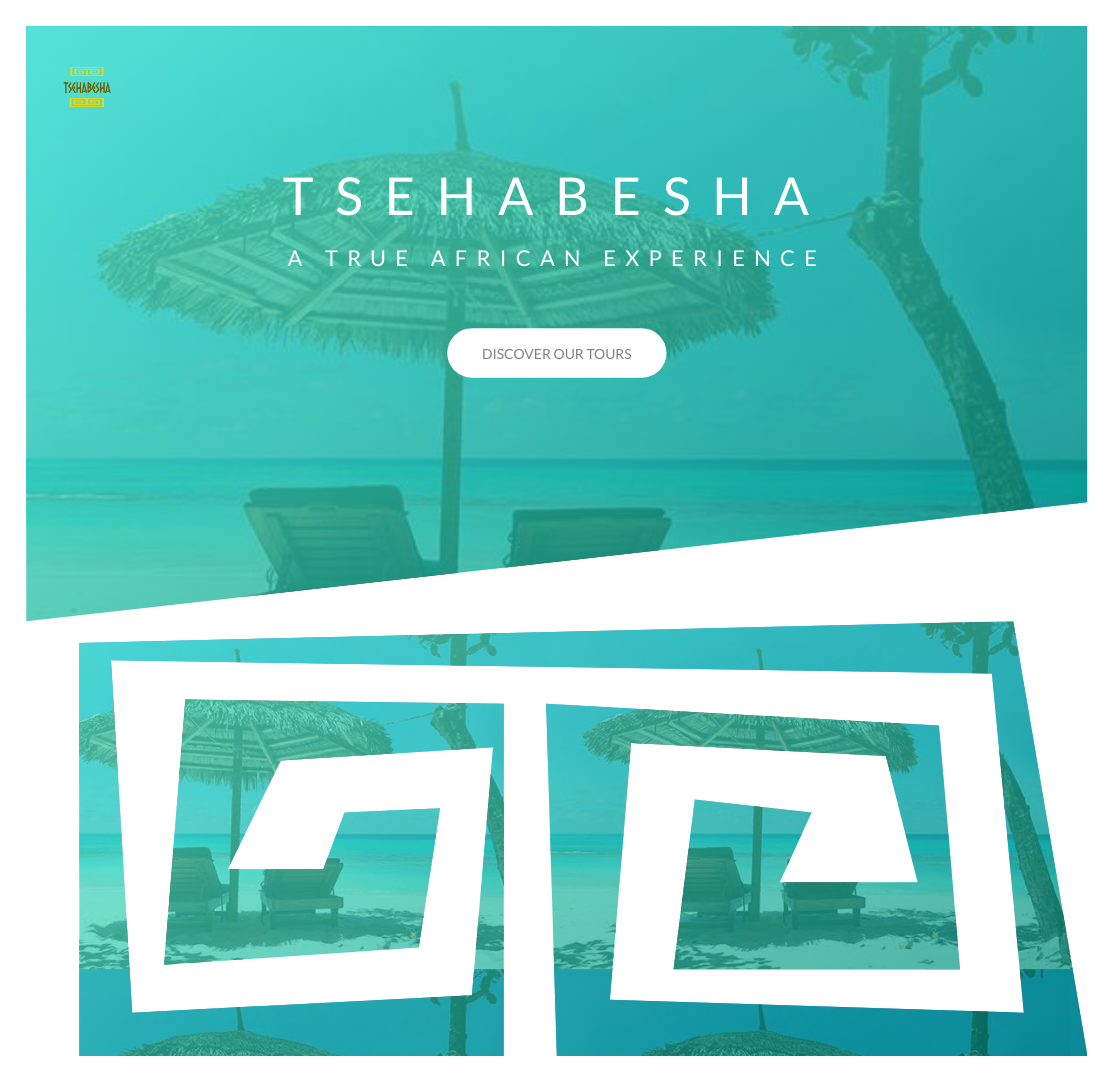
Repository: Azariagmt/tour-and-travel
Page: index.html
The author's editor kept a copy of each file at every save. The page is drawn from the files as they stood at one save, then again after a run of saves.
The browser window is 1280 px wide. The pictures show the whole page, at 87% of full size.
The style sheet was rebuilt from its Sass, Less or Tailwind sources for each picture, by a compiler version that may differ from the author's.

Above is the page before, as saved 2020-03-31 08:47:03.

After the next 2 saves:
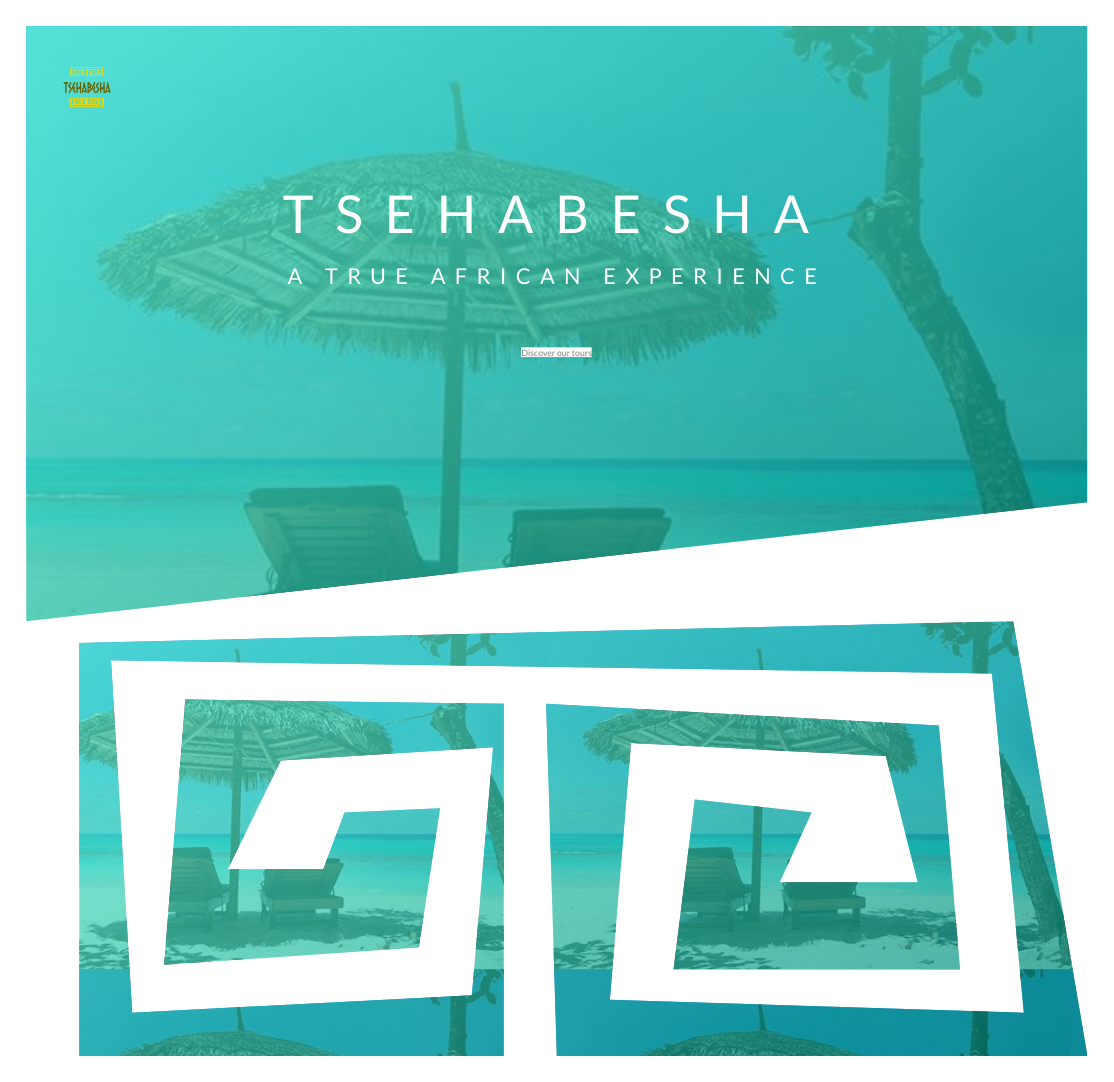
The 2 saves are shown as one change because they came seconds apart.
The last was saved 8 s later.
--- a/sass/main.scss
+++ b/sass/main.scss
@@ -124,20 +124,20 @@
 }
 
 .btn{
-
-
-}
-.btn:link,
-.btn:visited {
-  text-transform: uppercase;
-  text-decoration: none;
-  display: inline-block;
-  padding: 1.5rem 4rem;
-  border-radius: 10rem;
-  transition: all 0.2s;
-  position: relative;
-  font-size: 1.6rem;
-}
+  .btn:link,
+  .btn:visited {
+    text-transform: uppercase;
+    text-decoration: none;
+    display: inline-block;
+    padding: 1.5rem 4rem;
+    border-radius: 10rem;
+    transition: all 0.2s;
+    position: relative;
+    font-size: 1.6rem;
+  }
+
+}
+
 
 .btn:hover {
   transform: translateY(-0.3rem);
